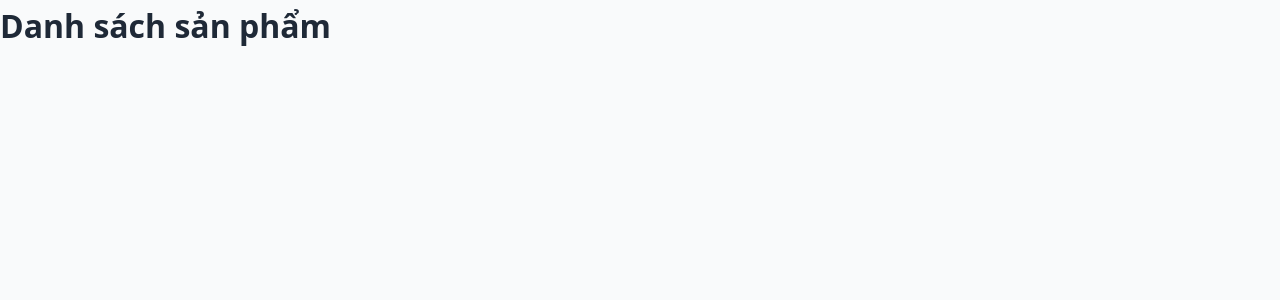
Repository: binhphanbp/WEB2064_JavaScript-Advanced_WD20305
Page: lesson/lesson6/project-cuongle/products.html
An editor plug-in stored every save of this project. The page is shown before and after the next save, followed by the edit.
The browser window is 1280 px wide. The pictures show the whole page.
The page's requests for data from a server got no answer.

Above is the page before, as saved 2025-09-29 14:59:34.
Console error: TypeError: Cannot set properties of null (setting 'innerHTML')

### lesson/lesson6/project-cuongle/products.html
<!DOCTYPE html>
<html lang="vi">
  <head>
    <meta charset="UTF-8" />
    <meta name="viewport" content="width=device-width, initial-scale=1.0" />
    <title>Tất cả sản phẩm</title>
    <link rel="stylesheet" href="style.css" />
  </head>
  <body>
    <h1>Danh sách sản phẩm</h1>
    <section id="all-products" class="product-grid"></section>

    <script src="main.js" type="module"></script>
  </body>
</html>

### lesson/lesson6/project-cuongle/style.css
:root {
  --bg: #f9fafb;
  --card: #ffffff;
  --muted: #6b7280;
  --text: #1f2937;
  --brand: #16a34a;       /* xanh lá chủ đạo (#16a34a ~ green-600) */
  --brand-dark: #15803d;  /* xanh lá đậm hơn (#15803d ~ green-700) */
  --radius: 12px;
  --shadow: 0 4px 12px rgba(0,0,0,.08);
}

* { box-sizing: border-box; margin: 0; padding: 0; }

body {
  font-family: system-ui, Segoe UI, Roboto, Arial;
  background: var(--bg);
  color: var(--text);
  line-height: 1.6;
}

.container {
  max-width: 1280px;
  margin: 0 auto;
  padding: 0 16px;
}

/* HEADER */
.site-header {
  position: sticky;
  top: 0;
  background: #ffffffee;
  backdrop-filter: blur(6px);
  border-bottom: 1px solid #e5e7eb;
  z-index: 10;
}
.header-inner {
  display: flex;
  align-items: center;
  justify-content: space-between;
  height: 64px;
}
.logo {
  font-weight: 700;
  color: var(--brand);
  text-decoration: none;
  font-size: 22px;
}
.nav a {
  color: var(--muted);
  margin-left: 20px;
  text-decoration: none;
  font-weight: 500;
}
.nav a:hover { color: var(--brand); }

/* BANNER */
.banner {
  background: url("https://images.unsplash.com/photo-1511707171634-5f897ff02aa9?auto=format&fit=crop&w=1600&q=80")
              center/cover no-repeat;
  height: 400px;
  display: flex;
  align-items: center;
  justify-content: center;
  text-align: center;
  color: #fff;
  position: relative;
}
.banner::after {
  content: "";
  position: absolute;
  inset: 0;
  background: rgba(0,0,0,0.55);
}
.banner-content {
  position: relative;
  z-index: 1;
  max-width: 700px;
  padding: 0 20px;
}
.banner-content h1 {
  font-size: 36px;
  margin-bottom: 12px;
}
.banner-content h1 span { color: var(--brand); }
.banner-content p {
  margin-bottom: 20px;
  font-size: 18px;
  color: #f3f4f6;
}
.btn {
  display: inline-block;
  background: var(--brand);
  color: #fff;
  padding: 12px 24px;
  border-radius: 6px;
  text-decoration: none;
  font-weight: 600;
  transition: background .2s;
}
.btn:hover { background: var(--brand-dark); }

/* SECTION */
.section { padding: 40px 0; }
.section-title {
  margin-bottom: 20px;
  font-size: 24px;
  font-weight: 700;
  color: var(--text);
  border-left: 5px solid var(--brand);
  padding-left: 10px;
}

/* GRID */
.grid {
  display: grid;
  gap: 20px;
}
.grid-4 { grid-template-columns: repeat(4, 1fr); }

@media (max-width: 992px) {
  .grid-4 { grid-template-columns: repeat(2, 1fr); }
}
@media (max-width: 576px) {
  .grid-4, .grid { grid-template-columns: repeat(1, 1fr); }
}

/* NỔI BẬT: full width auto-fit */
#product-featured {
  display: grid;
  grid-template-columns: repeat(auto-fit, minmax(260px, 1fr));
  gap: 20px;
}

/* PRODUCT CARD */
.product {
  background: var(--card);
  border-radius: var(--radius);
  box-shadow: var(--shadow);
  padding: 16px;
  text-align: center;
  transition: transform 0.2s, box-shadow 0.2s;
  position: relative;
}
.product:hover {
  transform: translateY(-3px);
  box-shadow: 0 6px 16px rgba(0,0,0,.12);
}
.product img {
  width: 100%;
  height: 200px;
  object-fit: contain;
  margin-bottom: 12px;
}
.product h3 {
  font-size: 16px;
  font-weight: 600;
  margin-bottom: 8px;
  height: 40px;
  overflow: hidden;
}
.product .price {
  color: var(--brand);
  font-weight: 700;
  margin-bottom: 4px;
}
.product .category {
  font-size: 13px;
  color: var(--muted);
  margin-bottom: 10px;
}
.product button {
  background: var(--brand);
  color: #fff;
  border: none;
  padding: 10px 16px;
  border-radius: 6px;
  font-weight: 600;
  cursor: pointer;
  transition: background 0.2s;
}
.product button:hover {
  background: var(--brand-dark);
}

/* Badge HOT */
.badge {
  position: absolute;
  top: 10px;
  left: 10px;
  background: #16a34a;
  color: #fff;
  font-size: 12px;
  font-weight: 700;
  padding: 4px 8px;
  border-radius: 999px;
}

/* CART BOX */
.cart-box {
  background: #ecfdf5; /* xanh lá nhạt */
  border: 1px dashed #86efac;
  border-radius: var(--radius);
  padding: 20px;
  text-align: center;
  color: #15803d;
}

/* FOOTER */
.site-footer {
  background: #064e3b;
  color: #d1fae5;
  padding: 40px 20px 20px;
  margin-top: 40px;
}
.footer-container {
  display: grid;
  grid-template-columns: repeat(4, 1fr);
  gap: 30px;
  max-width: 1280px;
  margin: 0 auto 20px;
}
.footer-col h4 {
  font-size: 16px;
  font-weight: 700;
  margin-bottom: 12px;
  color: #bbf7d0;
}
.footer-col ul { list-style: none; padding: 0; margin: 0; }
.footer-col ul li { margin-bottom: 8px; }
.footer-col ul li a {
  color: #d1fae5;
  text-decoration: none;
  font-size: 14px;
}
.footer-col ul li a:hover { color: #86efac; }
.footer-col p {
  font-size: 14px;
  margin: 4px 0;
}
.footer-social {
  display: flex;
  gap: 10px;
  margin-top: 10px;
}
.footer-social a {
  color: #d1fae5;
  font-size: 18px;
  text-decoration: none;
}
.footer-social a:hover { color: #86efac; }
.footer-bottom {
  text-align: center;
  border-top: 1px solid #065f46;
  padding-top: 12px;
  font-size: 13px;
  color: #a7f3d0;
}
@media (max-width: 768px) {
  .footer-container { grid-template-columns: repeat(2, 1fr); }
}
@media (max-width: 480px) {
  .footer-container { grid-template-columns: 1fr; }
}

/* NEWS */
.news-box { display: grid; gap: 16px; }
.news-item {
  background: #ecfdf5;
  border-radius: 10px;
  box-shadow: 0 4px 10px rgba(0,0,0,0.08);
  padding: 16px;
  transition: transform 0.2s, box-shadow 0.2s;
}
.news-item:hover {
  transform: translateY(-3px);
  box-shadow: 0 6px 16px rgba(0,0,0,0.12);
}
.news-item h3 {
  font-size: 18px;
  font-weight: 700;
  margin-bottom: 8px;
  color: var(--brand);
}
.news-item p {
  font-size: 14px;
  color: #065f46;
}

### lesson/lesson6/project-cuongle/main.js
class Product {
  constructor({ id, name, price, image, category, hot, description }) {
    this.id = id;
    this.name = name;
    this.price = price;
    this.image = image;
    this.category = category;
    this.hot = hot;
    this.description = description;
  }

  render(showBadge = false) {
    return `
      <article class="product">
        ${showBadge && this.hot ? `<span class="badge">HOT</span>` : ''}
        <img src="${this.image}" alt="${this.name}">
        <h3>${this.name}</h3>
        <p class="price">₫${Product.vnd(this.price)}</p>
        ${this.category ? `<p class="category">${this.category}</p>` : ''}
        <button>Thêm vào giỏ</button>
      </article>
    `;
  }

  static vnd(n) {
    return Number(n || 0).toLocaleString('vi-VN');
  }
}

class ProductList {
  constructor(api, container) {
    this.api = api;
    this.container = container;
    this.products = [];
  }

  async fetch() {
    const res = await fetch(this.api);
    if (!res.ok) throw new Error('Không lấy được dữ liệu sản phẩm');
    this.products = await res.json();
    return this.products;
  }

  render({ filterFn = () => true, limit, showBadge = false } = {}) {
    const list = this.products.filter(filterFn);
    const data = limit ? list.slice(0, limit) : list;

    this.container.innerHTML = data
      .map((p) => new Product(p).render(showBadge))
      .join('');
  }
}

const API = 'http://localhost:3000/products';

const elFeatured = document.getElementById('product-featured');
const elPhones = document.getElementById('product-phones');
const elLaptops = document.getElementById('product-laptops');
const elAllProducts = document.getElementById('all-products');

const productList = new ProductList(API, null);

(async () => {
  try {
    await productList.fetch();

    productList.container = elFeatured;
    productList.render({
      filterFn: (p) => p.hot === true,
      limit: 4,
      showBadge: true,
    });

    productList.container = elPhones;
    productList.render({
      filterFn: (p) => (p.category || '').trim().toLowerCase() === 'điện thoại',
      limit: 4,
    });

    productList.container = elLaptops;
    productList.render({
      filterFn: (p) => (p.category || '').trim().toLowerCase() === 'laptop',
      limit: 4,
    });

    productList.container = elAllProducts;
    if (elAllProducts) {
      productList.render();
    }
  } catch (err) {
    console.error(err);
    const errorHTML = `<p style="color:#ff7979">Không thể tải dữ liệu. Kiểm tra JSON Server.</p>`;
    elFeatured.innerHTML = elPhones.innerHTML = elLaptops.innerHTML = errorHTML;
  }
})();

After the next save:
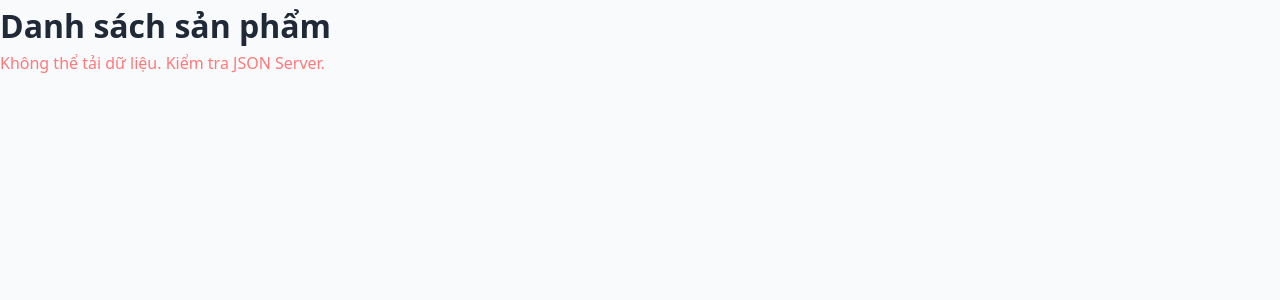
The error is gone.
Saved 46 s later.
--- a/lesson/lesson6/project-cuongle/main.js
+++ b/lesson/lesson6/project-cuongle/main.js
@@ -64,32 +64,46 @@
   try {
     await productList.fetch();
 
-    productList.container = elFeatured;
-    productList.render({
-      filterFn: (p) => p.hot === true,
-      limit: 4,
-      showBadge: true,
-    });
+    // Featured HOT
+    if (elFeatured) {
+      productList.container = elFeatured;
+      productList.render({
+        filterFn: (p) => p.hot === true,
+        limit: 4,
+        showBadge: true,
+      });
+    }
 
-    productList.container = elPhones;
-    productList.render({
-      filterFn: (p) => (p.category || '').trim().toLowerCase() === 'điện thoại',
-      limit: 4,
-    });
+    // Phones
+    if (elPhones) {
+      productList.container = elPhones;
+      productList.render({
+        filterFn: (p) =>
+          (p.category || '').trim().toLowerCase() === 'điện thoại',
+        limit: 4,
+      });
+    }
 
-    productList.container = elLaptops;
-    productList.render({
-      filterFn: (p) => (p.category || '').trim().toLowerCase() === 'laptop',
-      limit: 4,
-    });
+    // Laptops
+    if (elLaptops) {
+      productList.container = elLaptops;
+      productList.render({
+        filterFn: (p) => (p.category || '').trim().toLowerCase() === 'laptop',
+        limit: 4,
+      });
+    }
 
-    productList.container = elAllProducts;
+    // All products (trang products.html)
     if (elAllProducts) {
-      productList.render();
+      productList.container = elAllProducts;
+      productList.render(); // hiển thị toàn bộ
     }
   } catch (err) {
     console.error(err);
     const errorHTML = `<p style="color:#ff7979">Không thể tải dữ liệu. Kiểm tra JSON Server.</p>`;
-    elFeatured.innerHTML = elPhones.innerHTML = elLaptops.innerHTML = errorHTML;
+    if (elFeatured) elFeatured.innerHTML = errorHTML;
+    if (elPhones) elPhones.innerHTML = errorHTML;
+    if (elLaptops) elLaptops.innerHTML = errorHTML;
+    if (elAllProducts) elAllProducts.innerHTML = errorHTML;
   }
 })();
